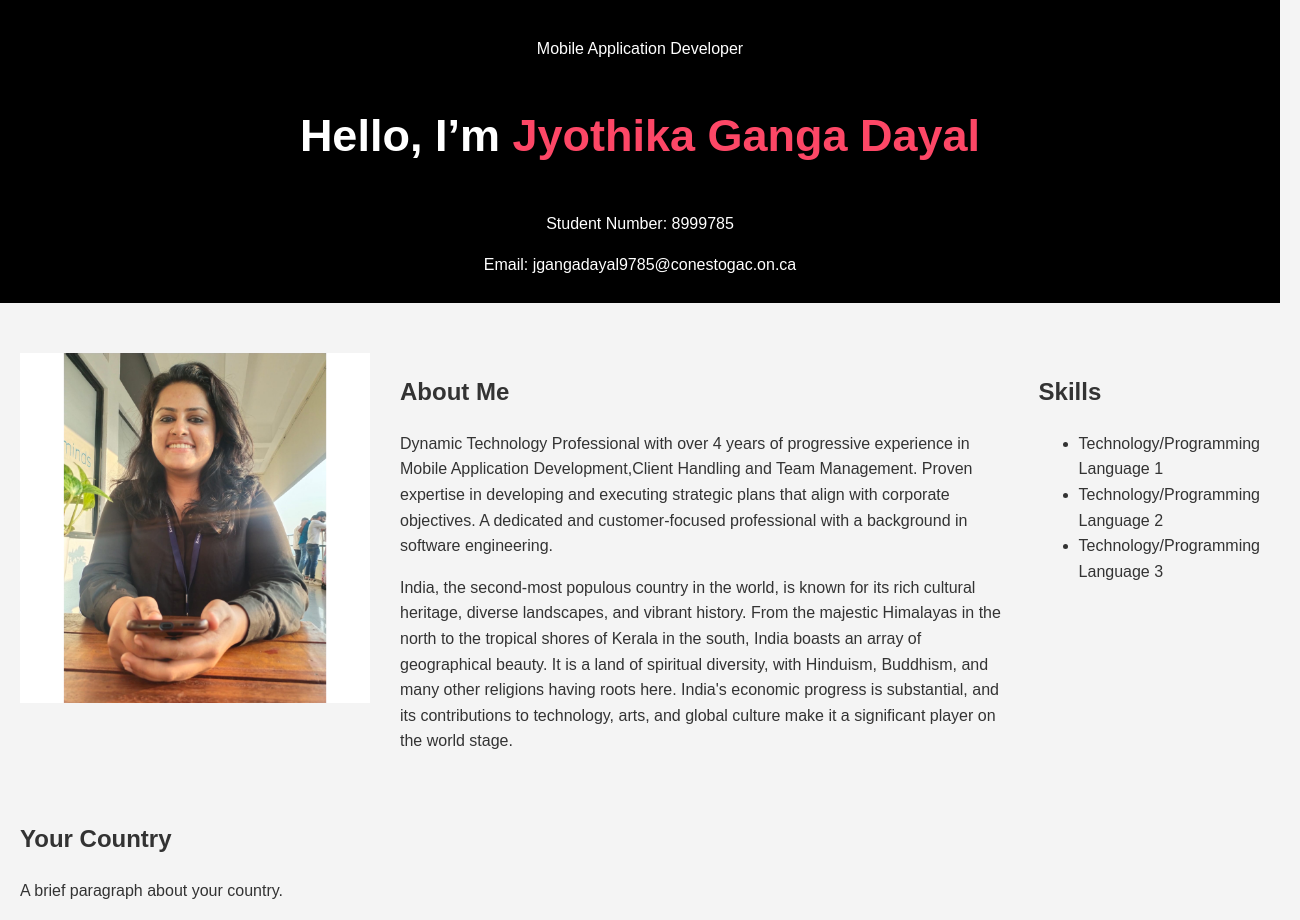
Repository: jyothika123/portfolio
Page: index.html
These files come from the project's save history. The page is drawn as it stood at one moment and after the next save; the edit follows.
The browser window is 1280 px wide. The page is 1300 px wide, so the pictures cover 1300 px, including what lies to the right of the window. The pictures show the part of the page from y = 0 to 920 px (the page is 1340 px tall before and 1402 px after).
Pictures or frames that could not be fetched are drawn as grey boxes.

Above is the page before, as saved 2024-09-22 16:36:08.

### index.html
<!DOCTYPE html>
<html lang="en">
<head>
    <meta charset="UTF-8">
    <meta name="viewport" content="width=device-width, initial-scale=1.0">
    <link rel="stylesheet" href="css/style.css">
    <title>Jyothika Ganga Dayal</title>
</head>
<body>
    <header>
        <div class="content">
            <br>
            <span class="title">Mobile Application Developer</span>
            <h1>Hello, I’m <span>Jyothika Ganga Dayal</span></h1>
            <p>Student Number: 8999785</p>
            <p>Email: jgangadayal9785@conestogac.on.ca</p>
        </div>
    </header>
    <main>
        <section class="box">
            <section class="bio">
                <div>
                    <img src="images/image.PNG" alt="A photo representing me" class="profile">
                </div>
                <div>
                    <h2>About Me</h2>
                    <p>Dynamic Technology Professional with over 4 years of progressive experience
                        in Mobile Application Development,Client Handling and Team Management. Proven
                        expertise in developing and executing strategic plans that align with
                        corporate objectives. A dedicated and customer-focused professional with a
                        background in software engineering. </p>
                    <p>India, the second-most populous country in the world, is known for its rich cultural heritage, diverse landscapes, and vibrant history. From the majestic Himalayas in the north to the tropical shores of Kerala in the south, India boasts an array of geographical beauty. It is a land of spiritual diversity, with Hinduism, Buddhism, and many other religions having roots here. India's economic progress is substantial, and its contributions to technology, arts, and global culture make it a significant player on the world stage.</p>

                </div>

            </section>
            <section>
                <h2>Skills</h2>
                <ul>
                    <li>Technology/Programming Language 1</li>
                    <li>Technology/Programming Language 2</li>
                    <li>Technology/Programming Language 3</li>
                </ul>
            </section>
            <section class="country">
                <h2>Your Country</h2>
                <p>A brief paragraph about your country.</p>
                <iframe width="560" height="315" src="https://www.youtube.com/embed/your_video_id"
                        title="Interesting video about me/country/skills"
                        frameborder="0" allowfullscreen></iframe>
            </section>
        </section>
    </main>
    <aside>

    </aside>
    <footer>
        <p>&copy; 2024 Your Name. All rights reserved.</p>
    </footer>
</body>
</html>

### css/style.css


body {
    font-family: Arial, sans-serif;
    line-height: 1.6;
    margin: 0;
    padding: 0;
    color: #333;
    background-color: #f4f4f4;
}

header {
    background: #000000;
    color: #fff;
    padding: 10px;
    text-align: center;
}

main {
    display: flex;
    justify-content: space-between;
    padding: 20px;
}

.bio {
    display: grid;
    grid-template-columns: 1fr 3fr;
    gap:30px;
}

.country {
    flex: 3;
}

footer {
    background: #007BFF;
    color: #fff;
    text-align: center;
    padding: 10px ;
    position: relative;
    bottom: 0;
    width: 100%;
}

.profile{
    width:350px;
    height: 350px;
}

.content h1 {
    color: #ffffff;
    font-size: 45px;
    font-weight: 900;
    line-height: 90px;
    text-transform: inherit;
    width: 100%;
  }
  .content h1 span {
    color: #fd4766;
  }
  .content p {
    width: 100%;
    color: #ffffff;
    margin-top: 5px;
    margin-bottom: 15px;
  }
  .box{
    margin-top: 30px;
    display: grid;
    grid-template-columns: 3.5fr 0.5fr;
    gap:30px;
  }

After the next save:
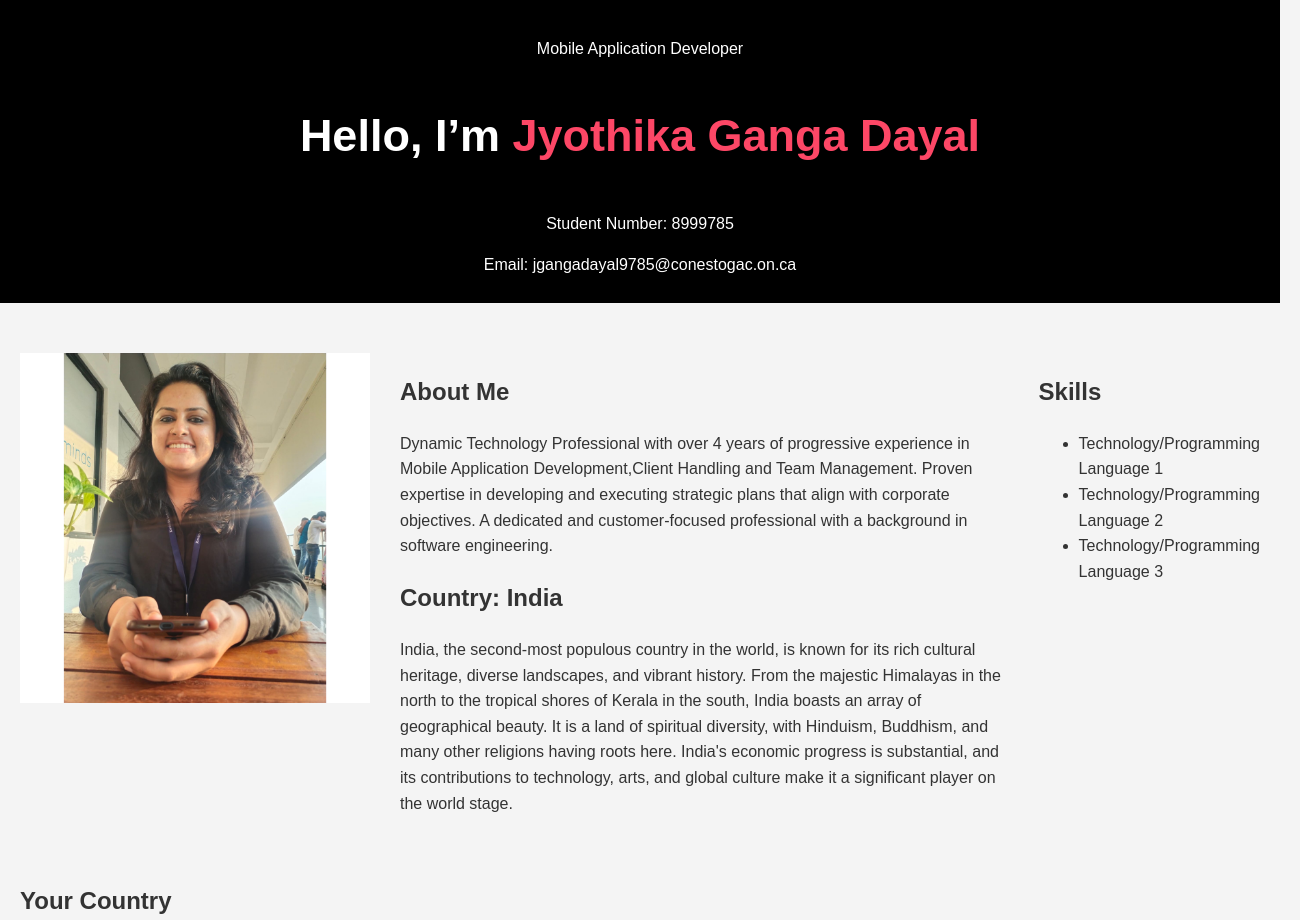
Saved 50 s later.
--- a/index.html
+++ b/index.html
@@ -29,6 +29,7 @@
                         expertise in developing and executing strategic plans that align with
                         corporate objectives. A dedicated and customer-focused professional with a
                         background in software engineering. </p>
+                    <h2>Country: India</h2>
                     <p>India, the second-most populous country in the world, is known for its rich cultural heritage, diverse landscapes, and vibrant history. From the majestic Himalayas in the north to the tropical shores of Kerala in the south, India boasts an array of geographical beauty. It is a land of spiritual diversity, with Hinduism, Buddhism, and many other religions having roots here. India's economic progress is substantial, and its contributions to technology, arts, and global culture make it a significant player on the world stage.</p>
 
                 </div>
